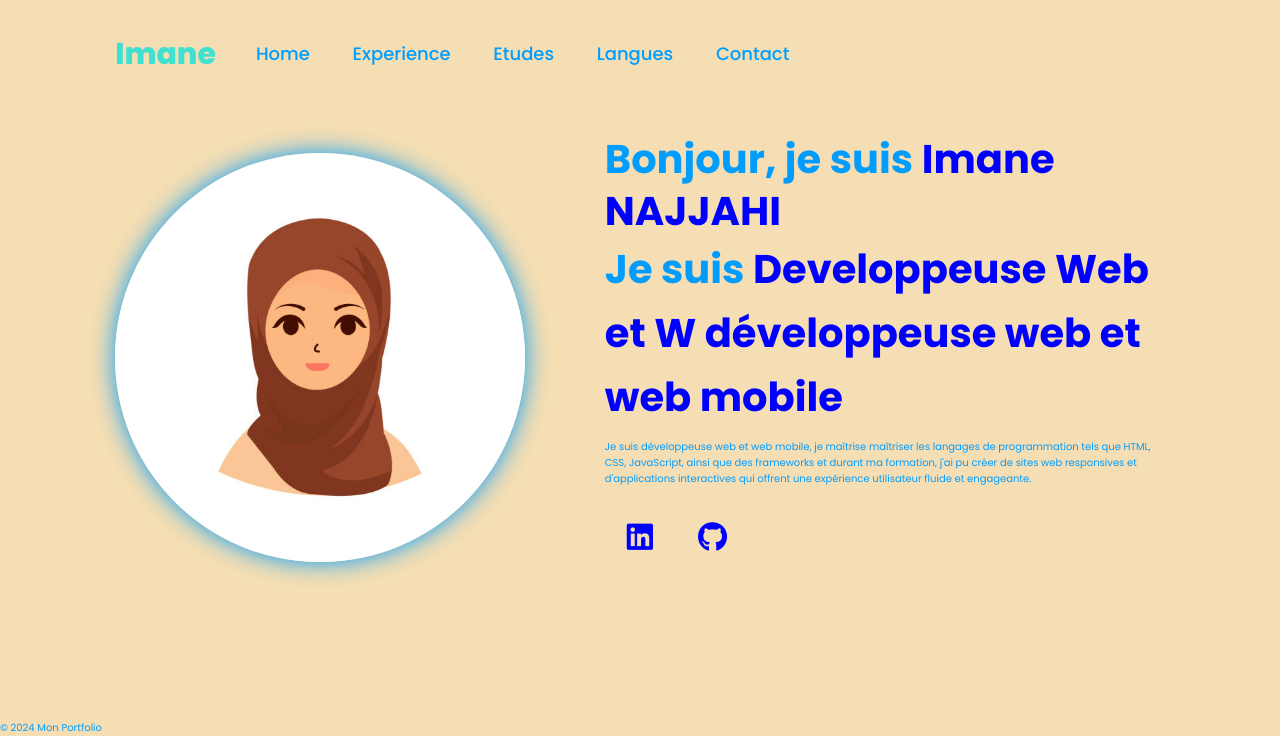
Repository: Najjahi/10mentions_web_back
Page: 02_PHP/portefolio/apropos.html
The author's editor kept a copy of each file at every save. The page is drawn from the files as they stood at one save, then again after the next save.
The browser window is 1280 px wide. The pictures show the whole page.
Some web fonts or font styles are not loaded; a fallback is used. Some web libraries are served in a nearby version.

Above is the page before, as saved 2024-12-03 10:36:17.

### 02_PHP/portefolio/apropos.html
<!DOCTYPE html>
<html lang="fr">
<head>
    <meta charset="UTF-8">
    <meta name="viewport" content="width=device-width, initial-scale=1.0">
    <link rel="stylesheet" href=" @import url('https://fonts.googleapis.com/css2?family=Poller+One&family=Poppins:ital,wght@0,100;0,200;0,300;0,400;0,500;0,600;0,700;0,800;0,900;1,100;1,200;1,300;1,400;1,500;1,600;1,700;1,800;1,900&display=swap');
        ">
    <title>Mon Portfolio</title>
    <link rel="stylesheet" href="css/style.css">
</head>
<body>
    <header>
        <a href="#" class="logo">Imane</a>

        <nav>
            <a href="#" class="active">Home</a>
            <a href="#">Experience</a>
            <a href="#">Etudes</a>
            <a href="#">Langues</a>
            <a href="#">Contact</a>
        </nav>
    </header>

    <section class="home">
        <div class="home-img">
            <img src="img/imane.jpg" alt="">
        </div>
        <div class="home-content">
            <h1>Bonjour, je suis <span>Imane NAJJAHI</span></h1>
            <h3 class="typing-text"> Je suis <span> développeuse web et web mobile </span></h3>
            <p> Je suis développeuse web et web mobile, je maîtrise  maîtriser les langages de programmation tels que HTML, CSS, JavaScript, ainsi que des frameworks et durant ma formation, j'ai pu créer de sites web responsives et d'applications interactives qui offrent une expérience utilisateur fluide et engageante.<p>
                <div class="social-icons">
                    <a href="#"> <i class="fa-brands fa-linkedin"></i></a>
                    <a href="#"> <i class="fa-brands fa-github"></i></a>


                </div>
        </div>

    </section>




    <footer>
        <script src="https://kit.fontawesome.com/3fc7a9accd.js" crossorigin="anonymous"></script>
        <p>&copy; 2024 Mon Portfolio</p>
    </footer>
</body>
</html>

### 02_PHP/portefolio/css/style.css
@import url('https://fonts.googleapis.com/css2?family=Poller+One&family=Poppins:ital,wght@0,100;0,200;0,300;0,400;0,500;0,600;0,700;0,800;0,900;1,100;1,200;1,300;1,400;1,500;1,600;1,700;1,800;1,900&display=swap');

*{
    margin: 0;
    padding: 0;
    box-sizing: border-box;
    text-decoration: none;
    border: none;
    outline: none;
    font-family: 'Poppins', sans-serif;
}

html{
    font-size: 62.5%;
}

body{
    width: 100%;
    height: 100vh;
    overflow-x: hidden;
    background-color: wheat;
    color: rgb(0, 157, 255);
    line-height: 1.6;
}

header{
    margin-top: 20px;
    position: fixed;
    top: 0;
    left: 0;
    width: 100;
    padding: 1rem 9%;
    background-color: transparent;
    filter: drop-shadow(10px);
    display: flex;
    justify-content: space-between;
    align-items: center;
    z-index: 100;
    text-align: center;
}

.logo{
    font-size: 3rem;
    color: turquoise;
    font-weight: 800;
    cursor: pointer;
    transition: 0.5s ease;
}

.logo:hover{
    transform: scale(1.1);

}


nav a {
    font-size: 1.8rem;
    color: rgb(0, 157, 255);
    margin-left: 4rem;
    font-weight: 500;
    transition: 0.3s ease;
    border-bottom: 3px solid transparent;

}

nav a:hover,
nav a:active{
    color: turquoise;
    border-bottom: 3px solid turquoise;
}

@media(max-width:995px) {
    nav{
        position: absolute;
        top: 100%;
        right: 0;
        width: 40%;
        border-left: 3px solid turquoise;
        border-bottom: 3px solid turquoise;
        border-bottom-right-radius: 2rem;
        padding: 1rem solid;
        background-color: wheat;
        border-top: 0.1rem solid rgba(0, 0, 0, 0.1);

    }

    nav:active {
        display: block;
    }

    nav a {
        display: block;
        font-size: 2rem;
        margin: 3rem 0;
    }

    nav a:hover,
    nav a:active {
        padding: 1rem;
        border-radius: 0.5rem;
        border-bottom: 0.5rem solid turquoise;

    }
    }
    section {
        min-height: 100vh;
        padding: 5rem 9% 5rem;

    }

    .home {
        display: flex;
        justify-content: center;
        align-items: center;
        gap: 8rem;
        background-color: wheat;
    }
    .home-content h3 {
        font-size: 4rem;
        margin-bottom: 1rem;
        font-weight: 700;
    }
    .home .home-content h1 {
        font-size: 4rem;
        font-weight: 700;
        line-height: 1.3;
    }

    span{
        color: blue;
    }

    .home .home-content h3 {
        font-size: 4rem;
        font-weight: 700;
        margin-bottom: 1rem;
    }


    .home-img {
        border-radius: 50%;
    }
    .home-img img{
        position: relative;
        width: 32vw;
        border-radius: 50%;
        box-shadow: 0 0 25px;
        cursor: pointer;
        transition: 0.2s linear;

    }
    .home-img img-hover {
        font-size: 1.8rem;
        font-weight: 500;
    }

    .social-icons a{
        display: inline-flex;
        justify-content: center;
        align-items: center;
        width: 4rem;
        height: 4rem;
        background-color: transparent;
        border: 0.2rem;
        font-size: 3rem;
        border-radius: 50%;
        margin: 3rem 1.5rem 3rem;
        transition: 0.3s ease;
        color: blue;
    }
    .social-icons a:hover{
        color: wheat;
        transform: scale(1.3) translateY(-5px) ;
        background-color:  rgb(0, 157, 255);
        box-shadow: 0 0 25px aqua;
    }

    .btn{
        display: inline-block;
        padding: 1rem 2.8rem;
        background-color: beige;
        border-radius: 4rem;
        font-size: 1.6rem;
        color: aqua;
        letter-spacing: 0.3rem;
        font-weight: 600;
        border: 2px solid aqua;
        transition: 0.3s ease;
        cursor: pointer;
    }

    .btn:hover{
        transform: scale3d(1.03);
        background-color: blue;
        color: beige;
        box-shadow: 0 0 25px aqua;
    }
    .typing-text{
        font-size: 34px;
        font-weight: 600;
        min-width: 280px;
    }

    .typing-text span{
        position: relative;
    }

    .typing-text span::before{
        content: "Developpeuse Web et W";

    }

After the next save:
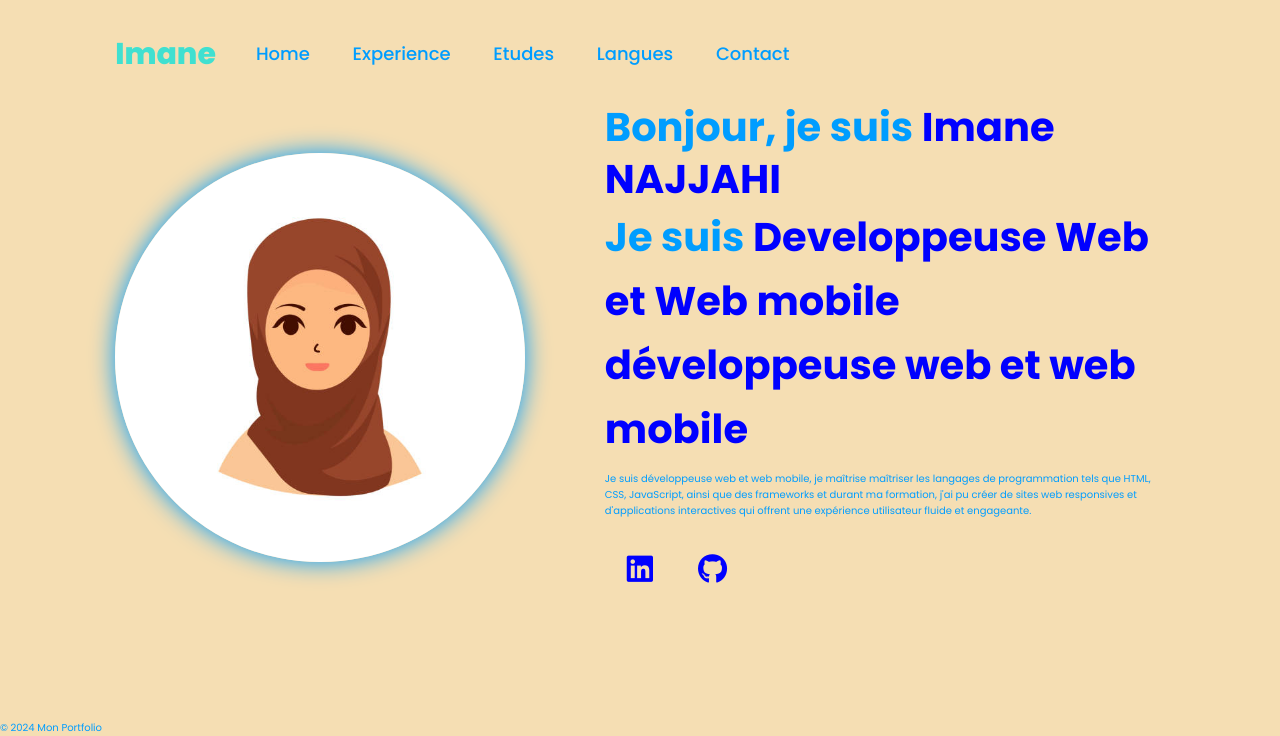
Saved 4 s later.
--- a/02_PHP/portefolio/css/style.css
+++ b/02_PHP/portefolio/css/style.css
@@ -206,6 +206,6 @@ nav a:active{
     }
 
     .typing-text span::before{
-        content: "Developpeuse Web et W";
-
-    }
+        content: "Developpeuse Web et Web mobile";
+
+    }
